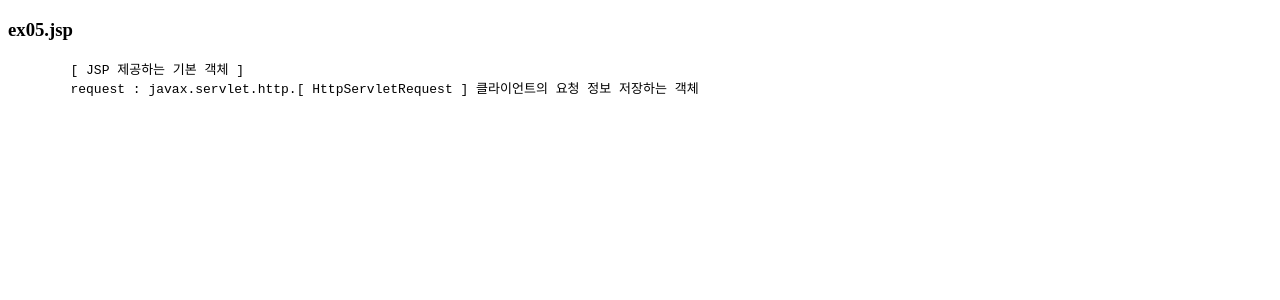
Repository: JavaYoo/kakao-emoticon-web-clone
Page: http://localhost/jspPro/days04/ex05.jsp
These files come from the project's save history. The page is drawn as it stood at one moment and after the next save; the edit follows.
The browser window is 1280 px wide. The pictures show the whole page.
The page is served by Tomcat 9. Other server files are loaded and not shown.

Above is the page before, as saved 2022-06-17 05:46:49.

### jspPro/src/main/webapp/days04/ex05.jsp
<%@ page contentType="text/html; charset=UTF-8" pageEncoding="UTF-8"%>
<!DOCTYPE html>
<html>
<head>
<meta charset="UTF-8">
<meta name="viewport" content="width=device-width, initial-scale=1.0">
<title>2022. 6. 17. - 오후 2:45:22</title>
<link rel="shortcut icon "type = "image/x-icon" href = "../images/SiSt.ico">
<script src="https://ajax.googleapis.com/ajax/libs/jquery/3.6.0/jquery.min.js"></script>
</head>
<body>

<h3>ex05.jsp</h3>

<pre>
	[ JSP 제공하는 기본 객체 ]
	request : javax.servlet.http.[ HttpServletRequest ] 클라이언트의 요청 정보 저장하는 객체
</pre>

</body>
</html>

After the next save:
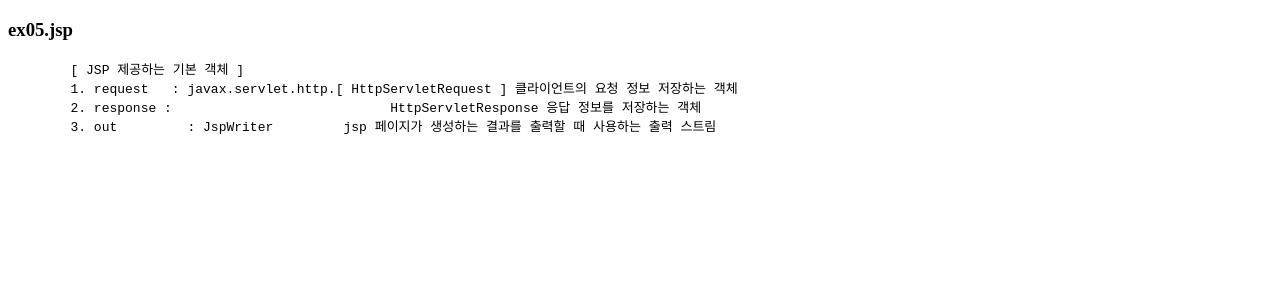
Saved 85 s later.
--- a/jspPro/src/main/webapp/days04/ex05.jsp
+++ b/jspPro/src/main/webapp/days04/ex05.jsp
@@ -14,7 +14,9 @@
 
 <pre>
 	[ JSP 제공하는 기본 객체 ]
-	request : javax.servlet.http.[ HttpServletRequest ] 클라이언트의 요청 정보 저장하는 객체
+	1. request   : javax.servlet.http.[ HttpServletRequest ] 클라이언트의 요청 정보 저장하는 객체
+	2. response :                            HttpServletResponse 응답 정보를 저장하는 객체
+	3. out         : JspWriter         jsp 페이지가 생성하는 결과를 출력할 때 사용하는 출력 스트림
 </pre>
 
 </body>
